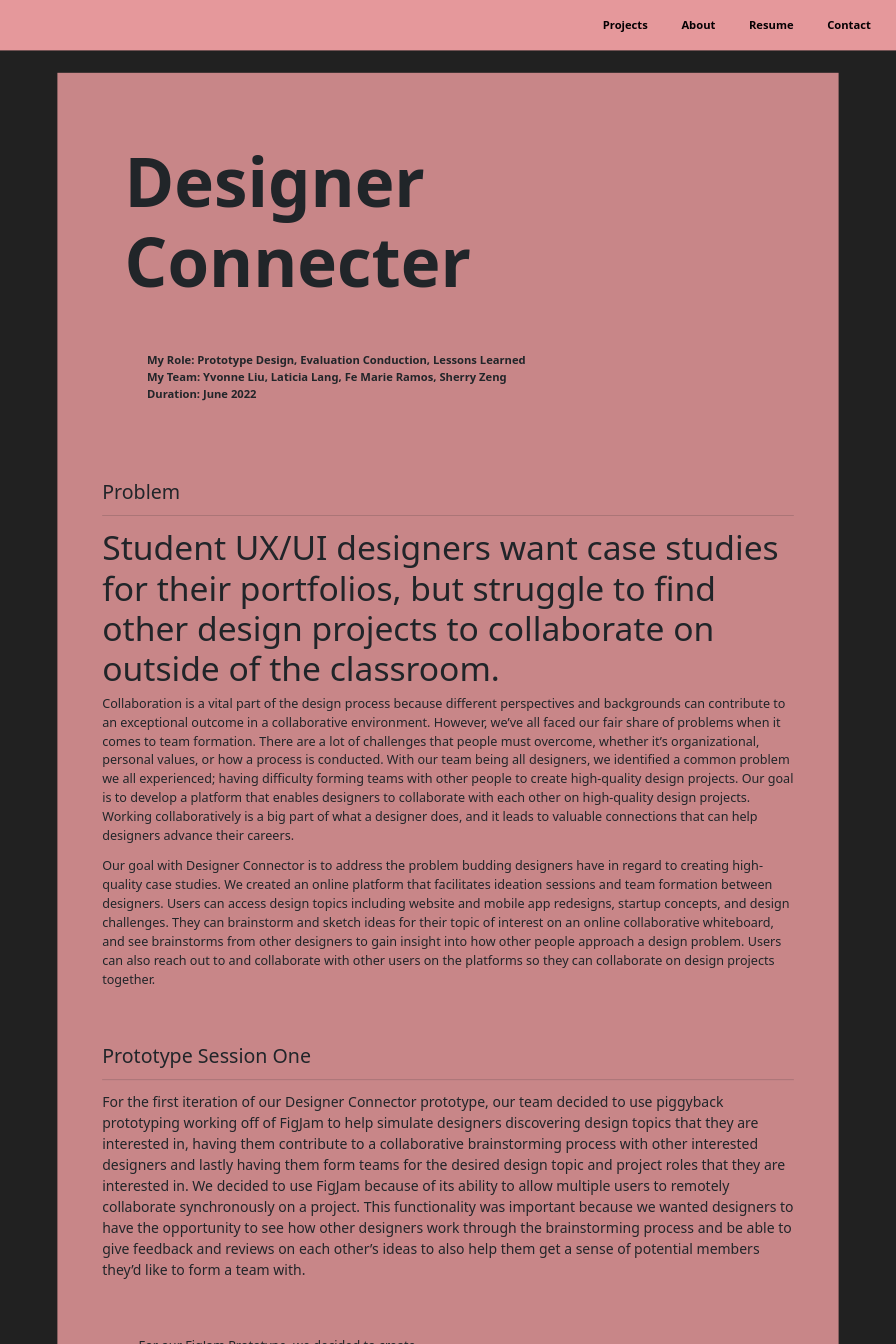
Repository: thais-chen/Portfolio
Page: designer.html
An editor plug-in stored every save of this project. The page is shown before and after the next save, followed by the edit.
The browser window is 1280 px wide. The pictures show the part of the page from y = 0 to 1920 px (the page is 11273 px tall), at 70% of full size.
A picture or video elsewhere on the page could not be fetched, so the positions and the page height are approximate.

Above is the page before, as saved 2022-06-21 03:15:36.

### designer.html
<!DOCTYPE html>
<!--[if lt IE 7]>      <html class="no-js lt-ie9 lt-ie8 lt-ie7"> <![endif]-->
<!--[if IE 7]>         <html class="no-js lt-ie9 lt-ie8"> <![endif]-->
<!--[if IE 8]>         <html class="no-js lt-ie9"> <![endif]-->
<!--[if gt IE 8]>      <html class="no-js"> <!--<![endif]-->
<html>
    <head>
        <meta charset="utf-8">
        <meta http-equiv="X-UA-Compatible" content="IE=edge">
        <title></title>
        <meta name="description" content="">
        <meta name="viewport" content="width=device-width, initial-scale=1">
        <link href="https://cdn.jsdelivr.net/npm/bootstrap@5.2.0-beta1/dist/css/bootstrap.min.css" rel="stylesheet"
        integrity="sha384-0evHe/X+R7YkIZDRvuzKMRqM+OrBnVFBL6DOitfPri4tjfHxaWutUpFmBp4vmVor" crossorigin="anonymous">
        <link rel="stylesheet" href="designer.css">
    </head>
    <body>
       <header>

        <nav>
            <div class="container-fluid">
                <ul class="nav justify-content-end">

                    <li class="nav-item"><a href="index.html/#projects"> Projects</a></li>
                    <li class="nav-item"><a href="#about"> About</a> </li>
                    <li class="nav-item"><a href="#projects"> Resume</a></li>
                    <li class="nav-item "><a href="#contact"> Contact</a></li>
                </ul>
        </nav>
        </div>




       </header>
       <main class="container">


        <div class="process">
            <div>

                <div class="col">
                    <h1> Designer <br> Connecter</h1>

                </div>
                <div class=" modal-dialog modal-dialog-centered">
                        <ul>
                            <li>My Role: Prototype Design, Evaluation Conduction, Lessons Learned </li>
                            <li>My Team: Yvonne Liu, Laticia Lang, Fe Marie Ramos, Sherry Zeng</li>
                            <li>Duration: June 2022 </li>
                        </ul>


                </div>
            </div>
        <div class="setting-prob   ">
            <h3> Problem</h3>
            <hr>

            <h3 class="display-5">
                Student UX/UI designers want case studies for their portfolios, but struggle to find other design projects to collaborate on outside of the classroom.
            </h3>
            <p>
                Collaboration is a vital part of the design process because different perspectives and backgrounds can contribute to an exceptional outcome in a collaborative environment. However, we’ve all faced our fair share of problems when it comes to team formation. There are a lot of challenges that people must overcome, whether it’s organizational, personal values, or how a process is conducted. With our team being all designers, we identified a common problem we all experienced; having difficulty forming teams with other people to create high-quality design projects. Our goal is to develop a platform that enables designers to collaborate with each other on high-quality design projects. Working collaboratively is a big part of what a designer does, and it leads to valuable connections that can help designers advance their careers.
            </p>
            <p>
                Our goal with Designer Connector is to address the problem budding designers have in regard to creating high-quality case studies. We created an online platform that facilitates ideation sessions and team formation between designers. Users can access design topics including website and mobile app redesigns, startup concepts, and design challenges. They can brainstorm and sketch ideas for their topic of interest on an online collaborative whiteboard, and see brainstorms from other designers to gain insight into how other people approach a design problem. Users can also reach out to and collaborate with other users on the platforms so they can collaborate on design projects together.
            </p>
        </div>
            <div class="proto-one">
                <h3>Prototype Session One</h3>
                <hr>
                <p class="lead">
                    For the first iteration of our Designer Connector prototype, our team decided to use piggyback prototyping working off of FigJam to help simulate designers discovering design topics that they are interested in, having them contribute to a collaborative brainstorming process with other interested designers and lastly having them form teams for the desired design topic and project roles that they are interested in. We decided to use FigJam because of its ability to allow multiple users to remotely collaborate synchronously on a project. This functionality was important because we wanted designers to have the opportunity to see how other designers work through the brainstorming process and be able to give feedback and reviews on each other’s ideas to also help them get a sense of potential members they’d like to form a team with.
                </p>

               <div class="row">
                <div class="col">
                    <p>
                        For our FigJam Prototype, we decided to create a brainstorming process that focuses on having designers sketch their design ideas out based on provided topics that were provided by our team. We came up with five topics which all required the designers to come up with ideas for specified topics such as designing a dog-walking app or redesigning the Canvas website.
                    </p>
                </div>
                <div class="col">
                    <img class="img-fluid" src="images/designer/prototype1a.png">
                </div>
               </div>


                <p>We had designers rotate through four rounds so that each group of designers can create sketches for all four topics. Each round was timed so that designers only had two minutes to get their ideas down. After the rounds of sketches were completed, we had all designers take some time to review each other’s work and leave heart stamps for the ideas they found interesting.</p>

                    <center>
                        <img class="img-fluid" src="images/designer/p1b.png">
                        <figcaption  class="lead"> Here is an example of a design topic that participants worked on — they were tasked with sketching out their ideas for an app that promotes sustainability</figcaption  class="lead">

                     <img class="img-fluid" src="images/designer/a1c.png">
                        <figcaption  class="lead"> Participants were given the freedom to sign their names up on a first-come-first-serve basis for their desired design topic and team role </figcaption  class="lead">
                    </center>



                <p>
                    After having designers reflect on and review each other’s designs, we then proceeded onto the team formation part of the prototype that was conducted on Google Sheets. Here we gave designers the freedom to sign-up for their desired topic and project roles on their own.
                </p>

            </div>
            <div class="proto-two">
                <h3>Prototype Session Two</h3>
                <hr>
                <p>
                    For the second iteration of the Designer Connector prototype, we made improvements based on the feedback we received from the first round of prototyping.
                </p>
                <img class="img-fluid" src="images/designer/2a.png">
                <figcaption  class="lead">The 2nd iteration of our prototype was more organized in terms of layout which makes for a more streamlined brainstorming process</figcaption  class="lead">
                <p>
                    For this improved version, we kept the design brainstorm concept fairly the same; however, major changes were made to the layout of the brainstorming process and we also included a better design topic basis for designers to work off of rather than having them come up with entirely new design concepts. We changed the layout of the prototype for the sake of organization purposes so groups of designers know exactly where they need to go and which topic they would need to be working on. We also cut down the number of rounds from 4 to 3 and also focused on 3 design topics that required participants to redesign a specific website with a purpose in mind such as redesigning Craigslist for easier navigation.
                </p>
                <img class="img-fluid" src="images/designer/2b.png">
                <figcaption  class="lead">Here is an example of one of the design topics that participants were tasked with conducting their brainstorms on. They used a combination of sketches and comments to highlight any changes they wanted to make in their redesign.</figcaption  class="lead">

                <p>
                    Instead of having designers sketch out their ideas from scratch, for this version we decided to base the design topics on real websites and provided designers with screenshots of a webpage for them to mark up and make comments on for them to indicate their brainstorming ideas. Providing them with a screenshot of a webpage to work off of, allows the designers to pinpoint exactly where on the page they want to make the redesign changes and explain their idea with FigJam’s comment feature.
                </p>
                <div class="row">
                    <div class="col-8">
                    <p> After the brainstorming session was completed, we then had designers move on to the team formation section of our
                        prototype. Here we used Discord to simulate a live voice chat feature so that participants could join chats based on
                        their design topic of interest, network with other interested designers, and ultimately end up forming teams and
                        settling on project roles after getting to know each other more. For the purpose of this prototyping session, we
                        capped the number of participants that could enter a voice channel so that teams would be even and designers could
                        see if their first choice in design topic or role is taken and would have to move on to their second choice. </p>
                        <p>
                        Participants were directed to join voice channels on Discord based on their desired design topic (step 1) and then break
                        up into smaller groups (step 2) to form teams and choose their desired project role. </p>
                    </div>
                    <div class="col">
                        <img class="img-fluid" src="images/designer/2c.png">

                    </div>
                </div>
                <p>
                    After the brainstorming session was completed, we then had designers move on to the team formation section of our prototype. Here we used Discord to simulate a live voice chat feature so that participants could join chats based on their design topic of interest, network with other interested designers, and ultimately end up forming teams and settling on project roles after getting to know each other more. For the purpose of this prototyping session, we capped the number of participants that could enter a voice channel so that teams would be even and designers could see if their first choice in design topic or role is taken and would have to move on to their second choice.
                </p>
                <img class="img-fluid" src="images/designer/2d.png">
                <figcaption  class="lead"> After networking with other designers on Discord and breaking themselves up into teams, participants were prompted to sign their names up for their desired team and role on Google Sheets.</figcaption  class="lead">
                <p>
                    Lastly, after having designers talk amongst themselves on Discord, we then had them go onto a Google Sheet to sign up for their desired teams and project roles that they should have discussed with other members in the voice chats. For purposes of promoting further communication between formed teams, we had designers include their e-mail address information so that they could contact their respective team members on their own afterward.
                </p>
            </div>
            <div class="final-proto">


                        <p>
                            Based on the results of the previous two prototyping sessions, our team was able to use the data collected from feedback to create an actual prototype of our website on Figma. Our vision for Designer Connector is for it to be a website that designers use to discover design topics, brainstorm their ideas, collaborate with other designers, and ultimately use to help them form teams to work on a design project of their interest.
                        </p>


                        <img class="img-fluid" src="images/designer/3a.png" >
                        <p>
                            Users will be required to create an account to use the website. By requiring users to create accounts, we reduce the number of trolls on the website and promote interaction and collaboration with other users.
                        </p>
                        <center>
                            <img class="img-fluid" src="images/designer/3b.gif">
                            <img class="img-fluid" src="images/designer/3c.gif">
                        </center>

                        <p>
                            Users can browse through different design topics posted by users from around the world. They can brainstorm and sketch ideas for their topic of interest on an online collaborative whiteboard, and view other peoples’ comments on the same topic.
                        </p>
                        <img class="img-fluid" src="images/designer/3d.gif">
                        <p>Once users have engaged in brainstorming sessions and viewed other users’ designs, they can sign up to work on their desired topic. To ensure a well-rounded team, teams are comprised of different roles (UI/UX Designer, UX researcher, programmer, etc). </p>


            </div>
            <div class="eval">
                <h2> Evaluation Sessions</h2>
                <hr>
                <div class="row">
                    <div class="col">
                        <h4>
                            How did we conduct evaluations?

                        </h4>
                        <p>
                            During both rounds of prototyping, we observed participants’ behavior and how they interacted with our prototype. After both sessions, we administered surveys to ask for feedback. Surveys sought to uncover the effectiveness of our prototype in a) helping groups brainstorm and decide on a topic to work on and b) forming teams with other students. We also wanted to identify pain points and areas of confusion so that we could improve our prototype.
                        </p>
                    </div>
                    <div class="col">
                        <h4>
                            Key Lessons Learned
                        </h4>
                        <p>
                            Overall, we received positive responses to our prototype. Participants indicated that brainstorming for different topics on Figjam helped them rapidly produce ideas and decide what topic they wanted to do. Notably, users expressed that being able to see other peoples’ ideas and brainstorms was helpful and provided useful insight into how to approach a design problem.
                        </p>
                     </div>
                </div>
                    <center>   <img class="img-fluid" src="images/designer/4a.png" >
                        <figcaption  class="lead">Criticisms and suggestions we got from our participants

                    </figcaption  class="lead"> </center>

            </div>
            <div class="reflection">
                <h2> Reflection</h2>
                <hr>
                <p>
                    Students are eager to collaborate with each other but have trouble getting the ball rolling and expressing their ideas. Designer Connector aims to bring together individuals with the interest of collaborating on a project together, by helping them choose an appropriate role and brainstorm creative ideas through sketching and commenting on ideas with like-minded designers. We do not know if people will have a pleasant experience collaborating with their group mates, whether issues will arise, or if they will all contribute equally to the project. However, civilized discussion amongst group mates is likely to lead to a peaceful resolution, and active practice in resolving conflicts will strengthen one’s ability to work in a group. Designer Collector remains a solid resource for those looking to find others to collaborate with on design projects.
                </p>
            </div>
        </div>
       </main>
        <script src="" async defer></script>
    </body>
</html>

### designer.css
header{
    background-color: #e5989b;

}
ul{
    list-style: none;
}
li{
    font-weight: 600;
}
h1{
font-weight: 800;
font-size: 6rem;
}
body{
     background-color: #000000de;

}
.container div{
    padding: 2rem;
}

.bg{
    background-color: #e5989b23;
}

p{
   font-size: large;
}
.process{
    background-color:  #e5989bd9;
}

.container{
    margin-top: 2rem;
}
img{
    padding: 2rem;
}
/*navbar*/
.nav li{
    padding: 1.5rem;
}

a:link {  color: #050003; text-decoration: none;}


a:visited {  color: #ffcdb2; text-decoration: none; }


a:hover {
  color: white;
}

After the next save:
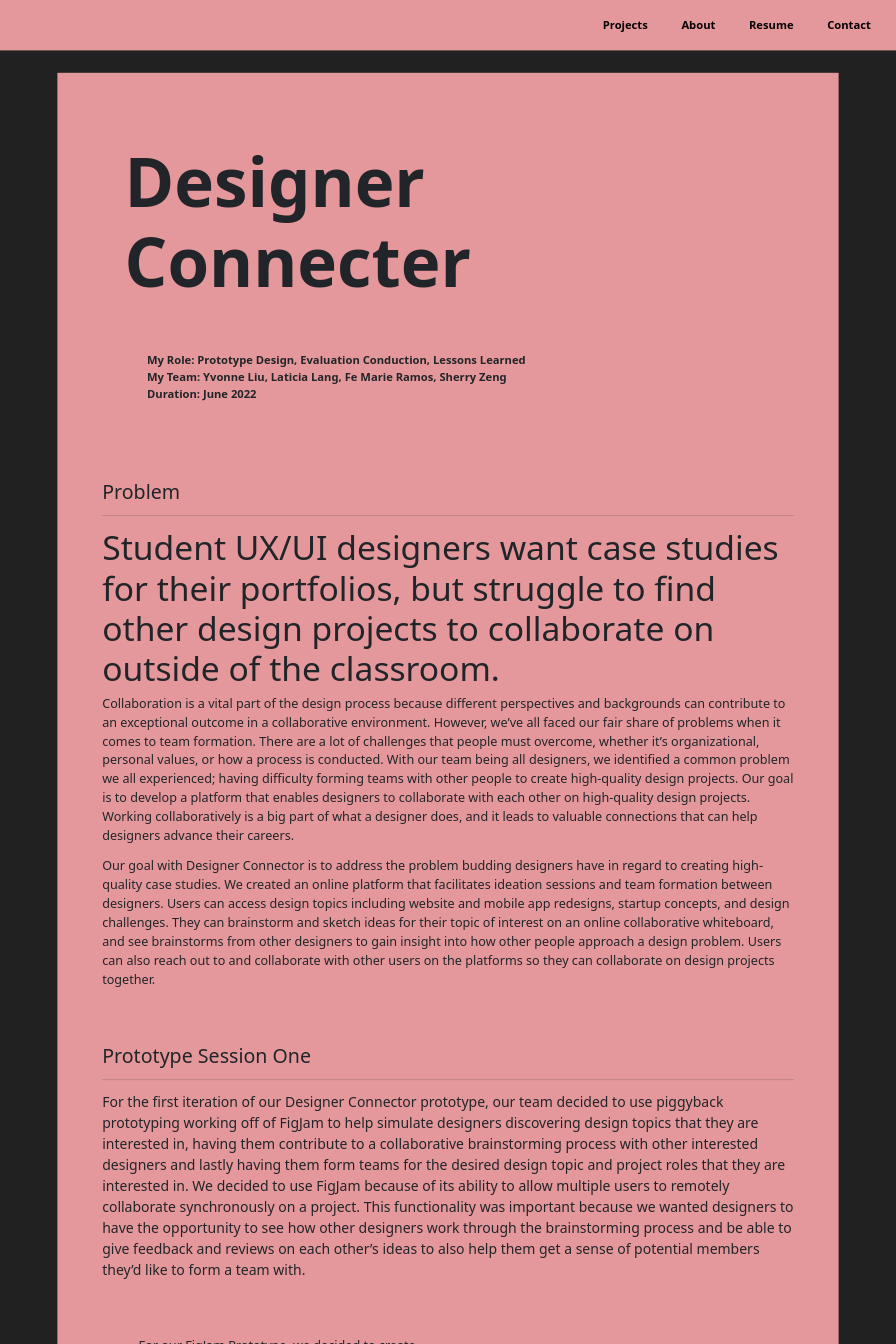
Saved 4 s later.
--- a/designer.css
+++ b/designer.css
@@ -28,7 +28,7 @@ p{
    font-size: large;
 }
 .process{
-    background-color:  #e5989bd9;
+    background-color:  #e5989b;
 }
 
 .container{
